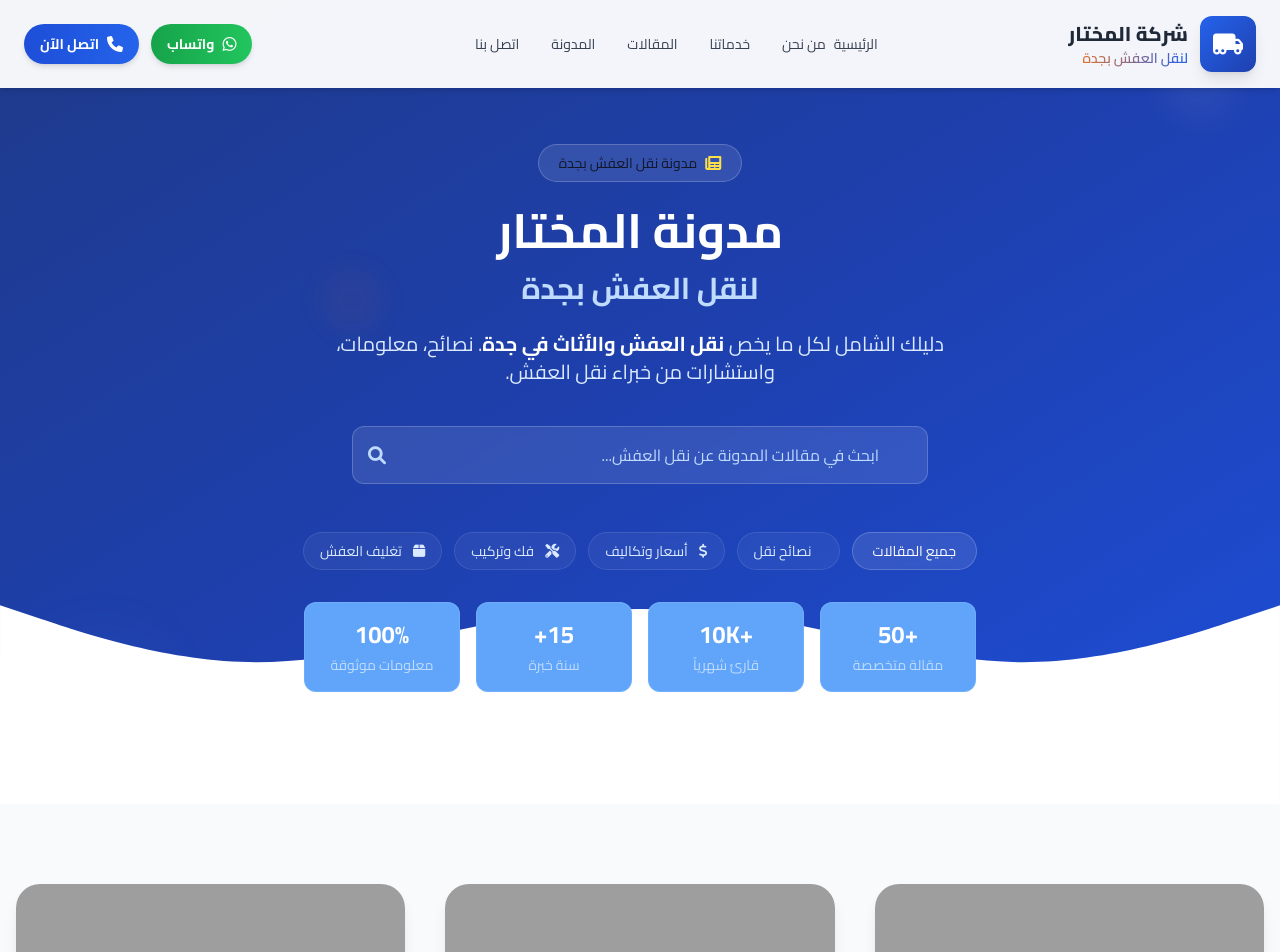
Repository: MichealSoliman/almukhtar
Page: blog.html
An editor plug-in stored every save of this project. The page is shown before and after a run of saves, followed by the edit.
The browser window is 1280 px wide. The pictures show the part of the page from y = 0 to 952 px (the page is 1638 px tall).
Pictures or frames that could not be fetched are drawn as grey boxes. Some web libraries are served in a nearby version.

Above is the page before, as saved 2026-01-15 21:33:24.

### blog.html
<!DOCTYPE html>
<html lang="ar" dir="rtl">
<head>
    <meta charset="UTF-8">
    <meta name="viewport" content="width=device-width, initial-scale=1.0">
    <title>مدونة شركة المختار – نصائح ومعلومات عن نقل العفش بجدة</title>
    <meta name="description" content="اقرأ أحدث المقالات والنصائح حول نقل العفش بجدة، تكلفة نقل الأثاث، وأفضل الطرق لتغليف وحماية ممتلكاتك مع شركة المختار.">

    <!-- Tailwind CSS -->
    <script src="https://cdn.tailwindcss.com"></script>

    <!-- Google Fonts (Cairo) -->
    <link href="https://fonts.googleapis.com/css2?family=Cairo:wght@300;400;600;700;800&display=swap" rel="stylesheet">

    <!-- Font Awesome -->
    <link rel="stylesheet" href="https://cdnjs.cloudflare.com/ajax/libs/font-awesome/6.0.0/css/all.min.css">

    <!-- AOS Animation Library -->
    <link href="https://unpkg.com/aos@2.3.1/dist/aos.css" rel="stylesheet">

    <style>
        body { font-family: 'Cairo', sans-serif; }
        .nav-link { @apply text-gray-700 hover:text-blue-600 transition-colors duration-300 font-semibold; }
        .glass-nav { background: rgba(255, 255, 255, 0.95); backdrop-filter: blur(10px); }
    </style>
</head>
<body class="bg-gray-50 text-gray-900">

 <!-- Header / Navbar -->
    <header id="navbar" class="fixed top-0 w-full z-50 transition-all duration-500 py-3 lg:py-4 bg-white/95 backdrop-blur-sm shadow-md">
        <div class="container mx-auto px-4 xl:px-6">
            <div class="flex justify-between items-center">
                <!-- Logo واسم الشركة -->
                <div class="flex items-center space-x-reverse space-x-3 rtl:space-x-reverse">
                    <!-- Logo -->
                    <div class="flex items-center justify-center w-12 h-12 lg:w-14 lg:h-14 bg-gradient-to-br from-blue-600 to-blue-800 rounded-xl shadow-lg">
                        <i class="fas fa-truck-moving text-white text-xl lg:text-2xl"></i>
                    </div>

                    <!-- اسم الشركة -->
                    <div class="flex flex-col">
                        <a href="index.html" class="flex flex-col">
                            <span class="text-lg lg:text-xl font-extrabold text-gray-800 leading-tight">
                                شركة المختار
                            </span>
                            <span class="text-xs lg:text-sm font-semibold bg-gradient-to-l from-blue-600 to-orange-500 bg-clip-text text-transparent">
                                لنقل العفش بجدة
                            </span>
                        </a>
                    </div>
                </div>

                <!-- Desktop Navigation -->
                <nav class="hidden lg:flex items-center space-x-reverse space-x-6 xl:space-x-8">
                    <a href="index.html" class="nav-link ml-2 text-gray-700 hover:text-blue-700 active text-sm font-medium">
                        الرئيسية
                    </a>
                    <a href="#about" class="nav-link text-gray-700 hover:text-blue-700 text-sm font-medium">
                        من نحن
                    </a>
                    <a href="#services" class="nav-link text-gray-700 hover:text-blue-700 text-sm font-medium">
                        خدماتنا
                    </a>
                    <a href="#blog" class="nav-link text-gray-700 hover:text-blue-700 text-sm font-medium">
                        المقالات
                    </a>
                    <a href="./blog.html" class="nav-link text-gray-700 hover:text-blue-700 text-sm font-medium">
                        المدونة
                    </a>
                    <a href="#contact" class="nav-link text-gray-700 hover:text-blue-700 text-sm font-medium">
                        اتصل بنا
                    </a>
                </nav>

                <!-- Buttons -->
                <div class="flex items-center space-x-reverse space-x-3 rtl:space-x-reverse">
                    <!-- WhatsApp Button -->
                    <a href="https://wa.me/966500000000"
                       class="bg-gradient-to-l from-green-500 to-green-600 text-white px-3 sm:px-4 py-2 rounded-full font-bold hover:from-green-600 hover:to-green-700 transition-all duration-300 flex items-center shadow-md hover:shadow-lg transform hover:-translate-y-0.5 text-sm">
                        <i class="fab fa-whatsapp ml-1 sm:ml-2 text-sm sm:text-base"></i>
                        <span class="hidden sm:inline text-xs sm:text-sm">واتساب</span>
                    </a>

                    <!-- Call Button for Medium+ Screens -->
                    <a href="tel:+966500000000"
                       class="hidden md:flex bg-gradient-to-l from-blue-600 to-blue-700 text-white px-3 sm:px-4 py-2 rounded-full font-bold hover:from-blue-700 hover:to-blue-800 transition-all duration-300 items-center shadow-md hover:shadow-lg transform hover:-translate-y-0.5 text-sm">
                        <i class="fas fa-phone ml-1 sm:ml-2 text-sm sm:text-base"></i>
                        <span class="text-xs sm:text-sm">اتصل الآن</span>
                    </a>

                    <!-- Mobile Menu Button -->
                    <button class="lg:hidden text-gray-700 text-2xl focus:outline-none hover:text-blue-600 transition-colors duration-300"
                            id="mobile-menu-btn"
                            aria-label="فتح القائمة">
                        <i class="fas fa-bars"></i>
                    </button>
                </div>
            </div>
        </div>

        <!-- Mobile Menu -->
        <div id="mobile-menu" class="mobile-menu-closed lg:hidden bg-white/95 backdrop-blur-sm border-t border-gray-100 shadow-xl">
            <div class="container mx-auto px-4 py-5">
                <div class="flex flex-col space-y-4">
                    <a href="index.html"
                       class="nav-link py-3 px-4 rounded-lg hover:bg-blue-50 transition-colors duration-300 text-gray-700 hover:text-blue-700 font-medium border-b border-gray-100 flex items-center">
                        <i class="fas fa-home ml-3 text-blue-600"></i>
                        الرئيسية
                    </a>
                    <a href="#about"
                       class="nav-link py-3 px-4 rounded-lg hover:bg-blue-50 transition-colors duration-300 text-gray-700 hover:text-blue-700 font-medium border-b border-gray-100 flex items-center">
                        <i class="fas fa-info-circle ml-3 text-blue-600"></i>
                        من نحن
                    </a>
                    <a href="#services"
                       class="nav-link py-3 px-4 rounded-lg hover:bg-blue-50 transition-colors duration-300 text-gray-700 hover:text-blue-700 font-medium border-b border-gray-100 flex items-center">
                        <i class="fas fa-concierge-bell ml-3 text-blue-600"></i>
                        خدماتنا
                    </a>
                    <a href="#blog"
                       class="nav-link py-3 px-4 rounded-lg hover:bg-blue-50 transition-colors duration-300 text-gray-700 hover:text-blue-700 font-medium border-b border-gray-100 flex items-center">
                        <i class="fas fa-newspaper ml-3 text-blue-600"></i>
                        المقالات
                    </a>
                    <a href="./blog.html"
                       class="nav-link py-3 px-4 rounded-lg hover:bg-blue-50 transition-colors duration-300 text-gray-700 hover:text-blue-700 font-medium border-b border-gray-100 flex items-center">
                        <i class="fas fa-newspaper ml-3 text-blue-600"></i>
                        المدونة
                    </a>
                    <a href="#contact"
                       class="nav-link py-3 px-4 rounded-lg hover:bg-blue-50 transition-colors duration-300 text-gray-700 hover:text-blue-700 font-medium flex items-center">
                        <i class="fas fa-phone-alt ml-3 text-blue-600"></i>
                        اتصل بنا
                    </a>

                    <!-- Mobile Contact Buttons -->
                    <div class="flex flex-col sm:flex-row gap-3 mt-4 pt-4 border-t border-gray-100">
                        <a href="tel:+966500000000"
                           class="bg-gradient-to-l from-blue-600 to-blue-700 text-white px-4 py-3 rounded-lg font-bold hover:from-blue-700 hover:to-blue-800 transition-all duration-300 flex items-center justify-center shadow-md text-sm">
                            <i class="fas fa-phone ml-2"></i>
                            اتصل الآن
                        </a>
                        <a href="https://wa.me/966500000000"
                           class="bg-gradient-to-l from-green-500 to-green-600 text-white px-4 py-3 rounded-lg font-bold hover:from-green-600 hover:to-green-700 transition-all duration-300 flex items-center justify-center shadow-md text-sm">
                            <i class="fab fa-whatsapp ml-2"></i>
                            واتساب
                        </a>
                    </div>
                </div>
            </div>
        </div>
    </header>

<!-- Blog Header Section - Enhanced -->
<section class="relative pt-28 pb-20 md:pt-36 md:pb-28 overflow-hidden bg-gradient-to-br from-blue-900 via-blue-800 to-blue-700">
    <!-- Background Pattern -->
    <div class="absolute inset-0 opacity-10">
        <div class="absolute inset-0" style="background-image: url('data:[embedded picture, 362 characters]');"></div>
    </div>

    <!-- Floating Elements -->
    <div class="absolute top-10 right-10 w-20 h-20 bg-white/5 rounded-full blur-lg hidden lg:block"></div>
    <div class="absolute bottom-10 left-10 w-32 h-32 bg-blue-500/10 rounded-full blur-xl hidden lg:block"></div>
    <div class="absolute top-1/3 left-1/4 w-16 h-16 bg-orange-500/5 rounded-full blur-md hidden xl:block"></div>

    <!-- Main Content -->
    <div class="container mx-auto px-4 relative z-10">
        <div class="max-w-4xl mx-auto">
            <!-- Badge -->
            <div class="flex justify-center mb-6" data-aos="fade-down" data-aos-delay="200">
                <div class="bg-white/10 backdrop-blur-sm border border-white/20 rounded-full px-5 py-2 inline-flex items-center">
                    <i class="fas fa-newspaper ml-2 text-yellow-300"></i>
                    <span class="text-sm font-medium">مدونة نقل العفش بجدة</span>
                </div>
            </div>

            <!-- Main Title -->
            <h1 class="text-3xl md:text-4xl lg:text-5xl font-bold text-white text-center mb-6 leading-tight" data-aos="fade-up" data-aos-delay="300">
                <span class="block">مدونة المختار</span>
                <span class="block text-blue-200 text-2xl md:text-3xl mt-4">لنقل العفش بجدة</span>
            </h1>

            <!-- Description -->
            <p class="text-lg md:text-xl text-blue-100 text-center max-w-2xl mx-auto mb-10 leading-relaxed" data-aos="fade-up" data-aos-delay="400">
                دليلك الشامل لكل ما يخص
                <span class="font-bold text-white">نقل العفش والأثاث في جدة</span>.
                نصائح، معلومات، واستشارات من خبراء نقل العفش.
            </p>

            <!-- Search Box -->
            <div class="max-w-xl mx-auto mb-12" data-aos="fade-up" data-aos-delay="500">
                <div class="relative">
                    <input
                        type="text"
                        placeholder="ابحث في مقالات المدونة عن نقل العفش..."
                        class="w-full bg-white/10 backdrop-blur-sm border border-white/20 rounded-xl px-6 py-4 pr-12 text-white placeholder-blue-200 focus:outline-none focus:ring-2 focus:ring-blue-400 focus:border-transparent transition-all"
                    >
                    <button class="absolute left-4 top-1/2 transform -translate-y-1/2 text-blue-200 hover:text-white transition-colors">
                        <i class="fas fa-search text-lg"></i>
                    </button>
                </div>
            </div>

            <!-- Categories -->
            <div class="flex flex-wrap justify-center gap-3 mb-8" data-aos="fade-up" data-aos-delay="600">
                <a href="#" class="bg-white/10 hover:bg-white/20 backdrop-blur-sm border border-white/20 rounded-full px-5 py-2 text-sm font-medium text-white transition-all duration-300">
                    جميع المقالات
                </a>
                <a href="#" class="bg-white/5 hover:bg-white/15 backdrop-blur-sm border border-white/10 rounded-full px-4 py-2 text-sm font-medium text-blue-100 hover:text-white transition-all duration-300">
                    <i class="fas fa-tips ml-2"></i> نصائح نقل
                </a>
                <a href="#" class="bg-white/5 hover:bg-white/15 backdrop-blur-sm border border-white/10 rounded-full px-4 py-2 text-sm font-medium text-blue-100 hover:text-white transition-all duration-300">
                    <i class="fas fa-dollar-sign ml-2"></i> أسعار وتكاليف
                </a>
                <a href="#" class="bg-white/5 hover:bg-white/15 backdrop-blur-sm border border-white/10 rounded-full px-4 py-2 text-sm font-medium text-blue-100 hover:text-white transition-all duration-300">
                    <i class="fas fa-tools ml-2"></i> فك وتركيب
                </a>
                <a href="#" class="bg-white/5 hover:bg-white/15 backdrop-blur-sm border border-white/10 rounded-full px-4 py-2 text-sm font-medium text-blue-100 hover:text-white transition-all duration-300">
                    <i class="fas fa-box ml-2"></i> تغليف العفش
                </a>
            </div>

            <!-- Stats -->
            <div class="grid grid-cols-2  md:grid-cols-4 gap-4 max-w-2xl mx-auto" data-aos="fade-up" data-aos-delay="700">
                <div class="bg-blue-400 backdrop-blur-sm rounded-xl p-4 text-center border border-white/10">
                    <div class="text-2xl font-bold text-white mb-1">+50</div>
                    <div class="text-blue-200 text-sm">مقالة متخصصة</div>
                </div>
                <div class="bg-blue-400 backdrop-blur-sm rounded-xl p-4 text-center border border-white/10">
                    <div class="text-2xl font-bold text-white mb-1">+10K</div>
                    <div class="text-blue-200 text-sm">قارئ شهرياً</div>
                </div>
                <div class="bg-blue-400 backdrop-blur-sm rounded-xl p-4 text-center border border-white/10">
                    <div class="text-2xl font-bold text-white mb-1">15+</div>
                    <div class="text-blue-200 text-sm">سنة خبرة</div>
                </div>
                <div class="bg-blue-400 backdrop-blur-sm rounded-xl p-4 text-center border border-white/10">
                    <div class="text-2xl font-bold text-white mb-1">100%</div>
                    <div class="text-blue-200 text-sm">معلومات موثوقة</div>
                </div>
            </div>


        </div>
    </div>

    <!-- Wave Divider -->
    <div class="absolute bottom-0 left-0 right-0">
        <svg xmlns="http://www.w3.org/2000/svg" viewBox="0 0 1440 320" class="w-full">
            <path fill="#ffffff" fill-opacity="1" d="M0,96L48,112C96,128,192,160,288,160C384,160,480,128,576,112C672,96,768,96,864,112C960,128,1056,160,1152,160C1248,160,1344,128,1392,112L1440,96L1440,320L1392,320C1344,320,1248,320,1152,320C1056,320,960,320,864,320C768,320,672,320,576,320C480,320,384,320,288,320C192,320,96,320,48,320L0,320Z"></path>
        </svg>
    </div>
</section>

    <!-- Blog Grid -->
    <section class="py-20">
        <div class="container mx-auto px-4">
            <div class="grid grid-cols-1 md:grid-cols-2 lg:grid-cols-3 gap-10">
                <!-- Article 1 -->
                <article class="bg-white rounded-3xl overflow-hidden shadow-lg hover:shadow-2xl transition-all duration-300 group" data-aos="fade-up">
                    <div class="overflow-hidden h-64">
                        <img src="https://images.unsplash.com/photo-1524758631624-e2822e304c36?ixlib=rb-1.2.1&auto=format&fit=crop&w=600&q=80" alt="أفضل شركة نقل عفش بجدة" class="w-full h-full object-cover group-hover:scale-110 transition-transform duration-500">
                    </div>
                    <div class="p-8">
                        <div class="flex items-center text-sm text-gray-500 mb-4">
                            <span class="ml-4"><i class="far fa-calendar-alt ml-1"></i> 10 يناير 2026</span>
                            <span><i class="far fa-folder ml-1"></i> خدمات النقل</span>
                        </div>
                        <h3 class="text-2xl font-bold mb-4">أفضل شركة نقل عفش بجدة</h3>
                        <p class="text-gray-600 mb-6 leading-relaxed">تعرف على المعايير التي تجعل شركة المختار هي الخيار الأول والأنسب لنقل الأثاث في مدينة جدة بأسعار منافسة وجودة عالمية...</p>
                        <a href="blog/best-moving-company-jeddah.html" class="text-blue-600 font-bold flex items-center hover:gap-2 transition-all">قراءة المزيد <i class="fas fa-chevron-left mr-2 text-sm"></i></a>
                    </div>
                </article>

                <!-- Article 2 -->
                <article class="bg-white rounded-3xl overflow-hidden shadow-lg hover:shadow-2xl transition-all duration-300 group" data-aos="fade-up" data-aos-delay="100">
                    <div class="overflow-hidden h-64">
                        <img src="https://images.unsplash.com/photo-1505691938895-1758d7feb511?ixlib=rb-1.2.1&auto=format&fit=crop&w=600&q=80" alt="نصائح قبل نقل العفش" class="w-full h-full object-cover group-hover:scale-110 transition-transform duration-500">
                    </div>
                    <div class="p-8">
                        <div class="flex items-center text-sm text-gray-500 mb-4">
                            <span class="ml-4"><i class="far fa-calendar-alt ml-1"></i> 8 يناير 2026</span>
                            <span><i class="far fa-folder ml-1"></i> نصائح تهمك</span>
                        </div>
                        <h3 class="text-2xl font-bold mb-4">نصائح قبل نقل العفش</h3>
                        <p class="text-gray-600 mb-6 leading-relaxed">إليك أهم 10 نصائح ذهبية يجب عليك اتباعها لضمان عملية نقل عفش سهلة ومنظمة وبدون أي خسائر مادية أو نفسية...</p>
                        <a href="blog/moving-tips.html" class="text-blue-600 font-bold flex items-center hover:gap-2 transition-all">قراءة المزيد <i class="fas fa-chevron-left mr-2 text-sm"></i></a>
                    </div>
                </article>

                <!-- Article 3 -->
                <article class="bg-white rounded-3xl overflow-hidden shadow-lg hover:shadow-2xl transition-all duration-300 group" data-aos="fade-up" data-aos-delay="200">
                    <div class="overflow-hidden h-64">
                        <img src="https://images.unsplash.com/photo-1584622650111-993a426fbf0a?ixlib=rb-1.2.1&auto=format&fit=crop&w=600&q=80" alt="تكلفة نقل العفش بجدة" class="w-full h-full object-cover group-hover:scale-110 transition-transform duration-500">
                    </div>
                    <div class="p-8">
                        <div class="flex items-center text-sm text-gray-500 mb-4">
                            <span class="ml-4"><i class="far fa-calendar-alt ml-1"></i> 5 يناير 2026</span>
                            <span><i class="far fa-folder ml-1"></i> أسعار الخدمات</span>
                        </div>
                        <h3 class="text-2xl font-bold mb-4">تكلفة نقل العفش بجدة</h3>
                        <p class="text-gray-600 mb-6 leading-relaxed">دليل شامل حول كيفية حساب تكلفة نقل العفش في جدة وما هي العوامل التي تؤثر في تحديد السعر النهائي للخدمة المقدمة...</p>
                        <a href="blog/moving-cost-jeddah.html" class="text-blue-600 font-bold flex items-center hover:gap-2 transition-all">قراءة المزيد <i class="fas fa-chevron-left mr-2 text-sm"></i></a>
                    </div>
                </article>
            </div>
        </div>
    </section>

    <!-- Footer -->
    <footer class="bg-gray-900 text-white pt-20 pb-10">
        <div class="container mx-auto px-4 text-center">
            <p>&copy; 2026 شركة المختار لنقل العفش بجدة. جميع الحقوق محفوظة.</p>
        </div>
    </footer>

    <!-- Scripts -->
    <script src="https://unpkg.com/aos@2.3.1/dist/aos.js"></script>
    <script>
        AOS.init({ duration: 1000, once: true });
        const mobileMenuBtn = document.getElementById('mobile-menu-btn');
        const mobileMenu = document.getElementById('mobile-menu');
        mobileMenuBtn.addEventListener('click', () => {
            mobileMenu.classList.toggle('hidden');
        });
    </script>
</body>
</html>

After the next 7 saves:
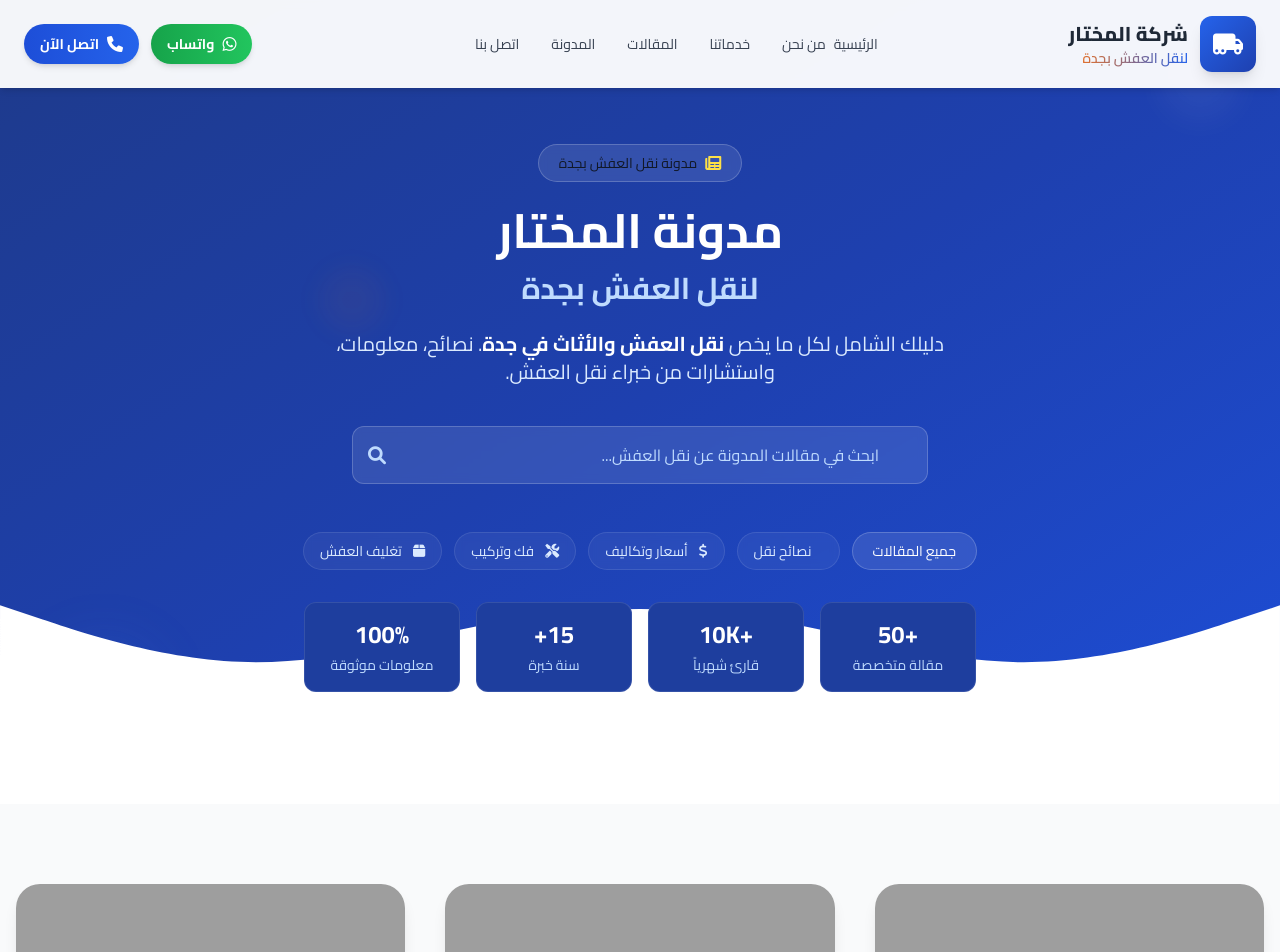
The 7 saves are shown as one change because they came seconds apart.
The last was saved 48 s later.
--- a/blog.html
+++ b/blog.html
@@ -222,19 +222,19 @@
 
             <!-- Stats -->
             <div class="grid grid-cols-2  md:grid-cols-4 gap-4 max-w-2xl mx-auto" data-aos="fade-up" data-aos-delay="700">
-                <div class="bg-blue-400 backdrop-blur-sm rounded-xl p-4 text-center border border-white/10">
+                <div class="bg-[#1e3e9e] backdrop-blur-sm rounded-xl p-4 text-center border border-white/10">
                     <div class="text-2xl font-bold text-white mb-1">+50</div>
                     <div class="text-blue-200 text-sm">مقالة متخصصة</div>
                 </div>
-                <div class="bg-blue-400 backdrop-blur-sm rounded-xl p-4 text-center border border-white/10">
+                <div class="bg-[#1e3e9e] backdrop-blur-sm rounded-xl p-4 text-center border border-white/10">
                     <div class="text-2xl font-bold text-white mb-1">+10K</div>
                     <div class="text-blue-200 text-sm">قارئ شهرياً</div>
                 </div>
-                <div class="bg-blue-400 backdrop-blur-sm rounded-xl p-4 text-center border border-white/10">
+                <div class="bg-[#1e3e9e] backdrop-blur-sm rounded-xl p-4 text-center border border-white/10">
                     <div class="text-2xl font-bold text-white mb-1">15+</div>
                     <div class="text-blue-200 text-sm">سنة خبرة</div>
                 </div>
-                <div class="bg-blue-400 backdrop-blur-sm rounded-xl p-4 text-center border border-white/10">
+                <div class="bg-[#1e3e9e] backdrop-blur-sm rounded-xl p-4 text-center border border-white/10">
                     <div class="text-2xl font-bold text-white mb-1">100%</div>
                     <div class="text-blue-200 text-sm">معلومات موثوقة</div>
                 </div>
